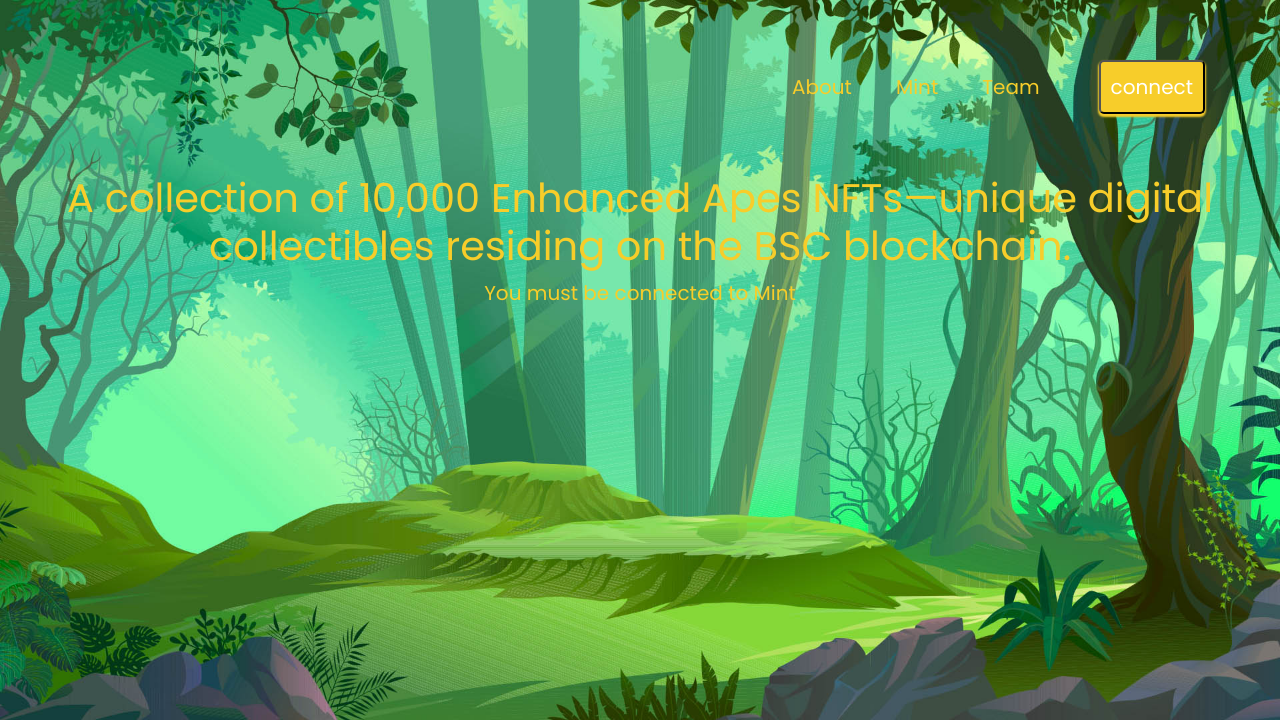
Repository: Stephegbenga/Minting-Dapp
Page: /
The author's editor kept a copy of each file at every save. The page is drawn from the files as they stood at one save, then again after the next save.
The browser window is 1280 px wide. The pictures show the whole page.
The project was rebuilt for these pictures with package versions that can differ from the ones it lists, and the page was loaded fresh each time.

Above is the page before, as saved 2022-04-07 17:06:05.

After the next save:
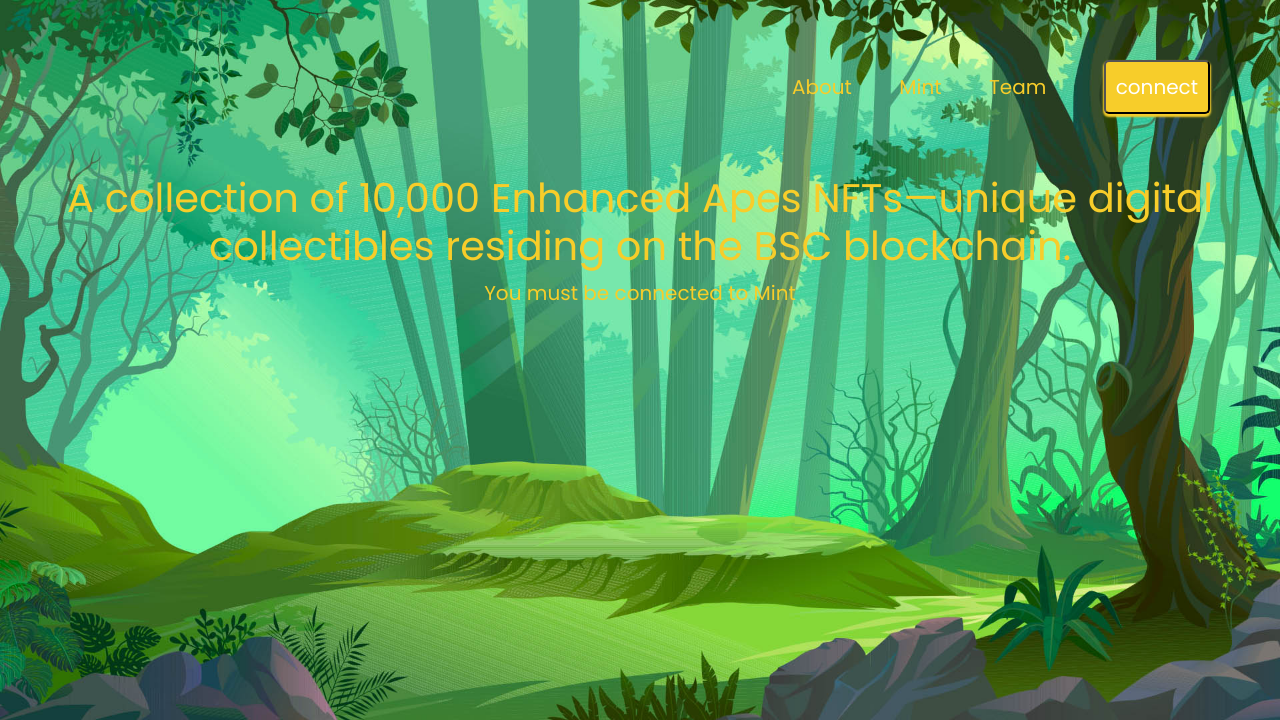
Saved 20 s later.
--- a/src/NavBar.js
+++ b/src/NavBar.js
@@ -47,7 +47,7 @@ const Navbar = ({ accounts, setAccounts }) => {
                     color="white"
                     fontFamily="inherit"
                     padding="10px"
-                    margin="0 15px"
+                    margin="0 10px"
                     onClick={connectAccount}
                 >
                     connect
